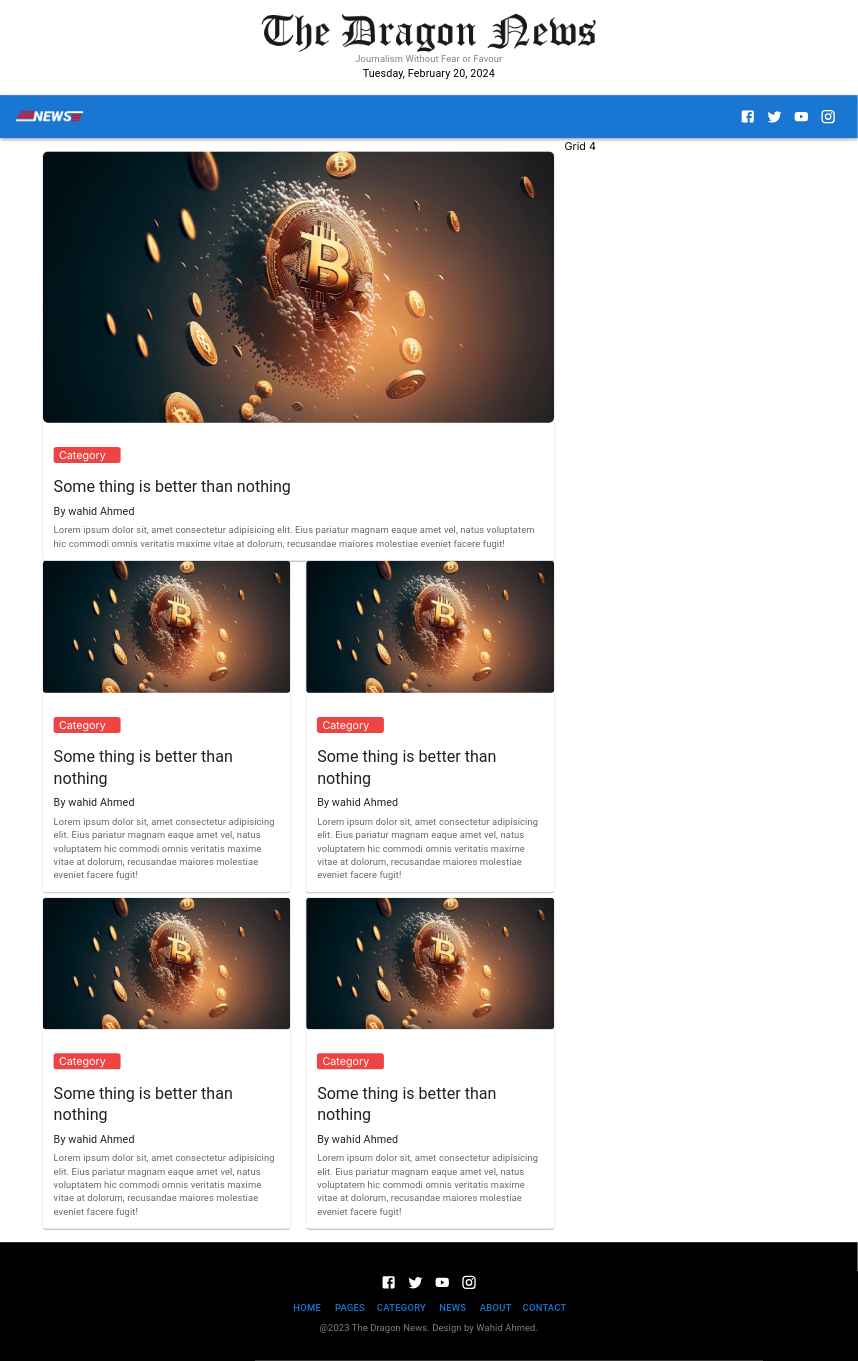
Repository: Wahid137/daily-news-nextjs
Page: /
The author's editor kept a copy of each file at every save. The page is drawn from the files as they stood at one save, then again after the next save.
The browser window is 1280 px wide. The pictures show the whole page, at 67% of full size.
The project was rebuilt for these pictures with package versions that can differ from the ones it lists, and the page was loaded fresh each time. The framework's server and built-in components were replaced by stand-ins that run in the browser. Also part of the build but not shown: next.config.mjs.

Above is the page before, as saved 2024-02-22 23:22:35.

### src/app/layout.js
import Footer from "@/components/shared/Footer";
import Navbar from "@/components/shared/Navbar";
import { Container } from "@mui/material";
import { Inter } from "next/font/google";
import "./globals.css";

const inter = Inter({ subsets: ["latin"] });

export const metadata = {
  title: "Create Next App",
  description: "Generated by create next app",
};

export default function RootLayout({ children }) {
  return (
    <html lang="en">
      <body className={inter.className}>
        <Navbar />
        <Container className="min-h-screen">
          {children}
        </Container>
        <Footer />
      </body>
    </html>
  );
}

### src/app/page.js
import LatestNews from "@/components/ui/LatestNews/LatestNews";
import { Grid } from "@mui/material";

export default function Home() {
  return (
    <Grid container spacing={2}>
      <Grid item xs={8}>
        <LatestNews />
      </Grid>
      <Grid item xs={4}>
        <h1>Grid 4</h1>
      </Grid>
    </Grid>
  );
}

### src/components/shared/Footer.js
import {
    Box,
    Button,
    Container,
    IconButton,
    Typography
} from "@mui/material";
// icons
import { Facebook, Instagram, Twitter, YouTube } from "@mui/icons-material";
import Link from "next/link";
const Footer = () => {
    const navItems = [
        {
            route: "Home",
            pathname: "/",
        },
        {
            route: "Pages",
            pathname: "/pages",
        },
        {
            route: "Category",
            pathname: "/category",
        },
        {
            route: "News",
            pathname: "/news",
        },
        {
            route: "About",
            pathname: "/about",
        },
        {
            route: "Contact",
            pathname: "/contact",
        },
    ];
    return (
        <Box className="bg-black px-2 py-10">
            <Container>
                <Box
                    className="w-full text-center"
                    sx={{
                        "& svg": {
                            color: "white",
                        },
                    }}
                >
                    <IconButton>
                        <Facebook />
                    </IconButton>
                    <IconButton>
                        <Twitter />
                    </IconButton>
                    <IconButton>
                        <YouTube />
                    </IconButton>
                    <IconButton>
                        <Instagram />
                    </IconButton>
                </Box>
                <Box className="w-full text-center">
                    {navItems.map((item) => (
                        <Link key={item} href={item.pathname}>
                            <Button className="text-white">{item.route}</Button>
                        </Link>
                    ))}
                </Box>

                <Typography variant="body2" color="gray" textAlign="center">
                    @2023 The Dragon News. Design by Wahid Ahmed.
                </Typography>
            </Container>
        </Box>
    );
};

export default Footer;

### src/components/shared/Navbar.js
"use client"

import logo from "@/assets/logo.png";
import { Facebook, Instagram, Twitter, YouTube } from "@mui/icons-material";
import { IconButton, Stack } from "@mui/material";
import AppBar from '@mui/material/AppBar';
import Box from '@mui/material/Box';
import Button from '@mui/material/Button';
import Container from '@mui/material/Container';
import Toolbar from '@mui/material/Toolbar';
import Image from 'next/image';
import Header from "./Header";

const navItems = [
    {
        route: "Home",
        pathname: "/",
    },
    {
        route: "Pages",
        pathname: "/pages",
    },
    {
        route: "Category",
        pathname: "/categories/news?category=all-news",
    },
    {
        route: "News",
        pathname: "/news",
    },
    {
        route: "About",
        pathname: "/about",
    },
    {
        route: "Contact",
        pathname: "/contact",
    },
];



function Navbar() {


    return (
        <>
            <Header />
            <AppBar position="static" className="bg-black">
                <Container maxWidth="xl">
                    <Toolbar disableGutters>

                        <Image src={logo} width={100} height={100} alt='logo' />

                        <Box className="w-full text-center">
                            {navItems.map((item) => (
                                <Button
                                    key={item}
                                    className="text-white r"
                                >
                                    {item.route}
                                </Button>
                            ))}
                        </Box>

                        <Box>
                            <Stack
                                direction="row"
                                sx={{
                                    "& svg": {
                                        color: "white",
                                    },
                                }}
                            >
                                <IconButton>
                                    <Facebook />
                                </IconButton>
                                <IconButton>
                                    <Twitter />
                                </IconButton>
                                <IconButton>
                                    <YouTube />
                                </IconButton>
                                <IconButton>
                                    <Instagram />
                                </IconButton>
                            </Stack>
                        </Box>

                    </Toolbar>
                </Container>
            </AppBar>
        </>
    );
}
export default Navbar;

### src/components/ui/LatestNews/LatestNews.js
"use client"
import topNews from "@/assets/top-news.png";
import { Box, CardActionArea, CardContent, Grid, Typography } from '@mui/material';
import Card from '@mui/material/Card';
import CardMedia from '@mui/material/CardMedia';
import Image from 'next/image';

export default function LatestNews() {
    return (
        <Box className="my-5">
            <Card >
                <CardActionArea>
                    <CardMedia>
                        <Image
                            src={topNews}
                            width={800}
                            height={500}
                            alt="top news"
                        />                </CardMedia>

                    <CardContent>
                        <p
                            className="
                      w-[100px]
                      bg-red-500
                      px-2
                      text-white
                      my-5
                      rounded
                      "
                        >
                            Category
                        </p>
                        <Typography gutterBottom variant="h5" component="div">
                            Some thing is better than nothing
                        </Typography>
                        <Typography gutterBottom className="my-3">
                            By wahid Ahmed
                        </Typography>
                        <Typography variant="body2" color="text.secondary">
                            Lorem ipsum dolor sit, amet consectetur adipisicing elit. Eius pariatur magnam eaque amet vel, natus voluptatem hic commodi omnis veritatis maxime vitae at dolorum, recusandae maiores molestiae eveniet facere fugit!
                        </Typography>
                    </CardContent>
                </CardActionArea>
            </Card >

            <Grid container rowSpacing={1} columnSpacing={{ xs: 1, sm: 2, md: 3 }}>
                <Grid item xs={6}>
                    <Card >
                        <CardActionArea>
                            <CardMedia>
                                <Image
                                    src={topNews}
                                    width={800}
                                    height={500}
                                    alt="top news"
                                />                </CardMedia>

                            <CardContent>
                                <p
                                    className="
                      w-[100px]
                      bg-red-500
                      px-2
                      text-white
                      my-5
                      rounded
                      "
                                >
                                    Category
                                </p>
                                <Typography gutterBottom variant="h5" component="div">
                                    Some thing is better than nothing
                                </Typography>
                                <Typography gutterBottom className="my-3">
                                    By wahid Ahmed
                                </Typography>
                                <Typography variant="body2" color="text.secondary">
                                    Lorem ipsum dolor sit, amet consectetur adipisicing elit. Eius pariatur magnam eaque amet vel, natus voluptatem hic commodi omnis veritatis maxime vitae at dolorum, recusandae maiores molestiae eveniet facere fugit!
                                </Typography>
                            </CardContent>
                        </CardActionArea>
                    </Card >
                </Grid>
                <Grid item xs={6}>
                    <Card >
                        <CardActionArea>
                            <CardMedia>
                                <Image
                                    src={topNews}
                                    width={800}
                                    height={500}
                                    alt="top news"
                                />                </CardMedia>

                            <CardContent>
                                <p
                                    className="
                      w-[100px]
                      bg-red-500
                      px-2
                      text-white
                      my-5
                      rounded
                      "
                                >
                                    Category
                                </p>
                                <Typography gutterBottom variant="h5" component="div">
                                    Some thing is better than nothing
                                </Typography>
                                <Typography gutterBottom className="my-3">
                                    By wahid Ahmed
                                </Typography>
                                <Typography variant="body2" color="text.secondary">
                                    Lorem ipsum dolor sit, amet consectetur adipisicing elit. Eius pariatur magnam eaque amet vel, natus voluptatem hic commodi omnis veritatis maxime vitae at dolorum, recusandae maiores molestiae eveniet facere fugit!
                                </Typography>
                            </CardContent>
                        </CardActionArea>
                    </Card >
                </Grid>
                <Grid item xs={6}>
                    <Card >
                        <CardActionArea>
                            <CardMedia>
                                <Image
                                    src={topNews}
                                    width={800}
                                    height={500}
                                    alt="top news"
                                />
                            </CardMedia>

                            <CardContent>
                                <p
                                    className="
                      w-[100px]
                      bg-red-500
                      px-2
                      text-white
                      my-5
                      rounded
                      "
                                >
                                    Category
                                </p>
                                <Typography gutterBottom variant="h5" component="div">
                                    Some thing is better than nothing
                                </Typography>
                                <Typography gutterBottom className="my-3">
                                    By wahid Ahmed
                                </Typography>
                                <Typography variant="body2" color="text.secondary">
                                    Lorem ipsum dolor sit, amet consectetur adipisicing elit. Eius pariatur magnam eaque amet vel, natus voluptatem hic commodi omnis veritatis maxime vitae at dolorum, recusandae maiores molestiae eveniet facere fugit!
                                </Typography>
                            </CardContent>
                        </CardActionArea>
                    </Card >
                </Grid>
                <Grid item xs={6}>
                    <Card >
                        <CardActionArea>
                            <CardMedia>
                                <Image
                                    src={topNews}
                                    width={800}
                                    height={500}
                                    alt="top news"
                                />                </CardMedia>

                            <CardContent>
                                <p
                                    className="
                      w-[100px]
                      bg-red-500
                      px-2
                      text-white
                      my-5
                      rounded
                      "
                                >
                                    Category
                                </p>
                                <Typography gutterBottom variant="h5" component="div">
                                    Some thing is better than nothing
                                </Typography>
                                <Typography gutterBottom className="my-3">
                                    By wahid Ahmed
                                </Typography>
                                <Typography variant="body2" color="text.secondary">
                                    Lorem ipsum dolor sit, amet consectetur adipisicing elit. Eius pariatur magnam eaque amet vel, natus voluptatem hic commodi omnis veritatis maxime vitae at dolorum, recusandae maiores molestiae eveniet facere fugit!
                                </Typography>
                            </CardContent>
                        </CardActionArea>
                    </Card >
                </Grid>
            </Grid>
        </Box>
    );
}

### src/components/shared/Header.js
import headingImage from "@/assets/The Dragon News.png";
import { getCurrentDate } from "@/utils/getCurrentData";
import { Box, Container, Typography } from "@mui/material";
import Image from "next/image";
const Header = () => {
    const currentDate = getCurrentDate();
    return (
        <Box className="w-full my-5">
            <Container>
                <Image
                    src={headingImage}
                    width={500}
                    height={500}
                    alt="logo"
                    className=" mx-auto"
                />
                <Typography
                    variant="body2"
                    color="gray"
                    textAlign="center"
                    className="my-2"
                >
                    Journalism Without Fear or Favour
                </Typography>
                <Typography textAlign="center">{currentDate}</Typography>
            </Container>
        </Box>
    );
};

export default Header;

### src/utils/getCurrentData.js
export function getCurrentDate() {
    const currentDate = new Date();

    const days = [
        "Sunday",
        "Monday",
        "Tuesday",
        "Wednesday",
        "Thursday",
        "Friday",
        "Saturday",
    ];
    const months = [
        "January",
        "February",
        "March",
        "April",
        "May",
        "June",
        "July",
        "August",
        "September",
        "October",
        "November",
        "December",
    ];

    const day = days[currentDate.getDay()];
    const month = months[currentDate.getMonth()];
    const date = currentDate.getDate();
    const year = currentDate.getFullYear();

    return `${day}, ${month} ${date}, ${year}`;
}

// Call the function to display the current date
// getCurrentDate();

Loaded but not shown: src/app/globals.css (common file); tailwind.config.js (common file)

After the next save:
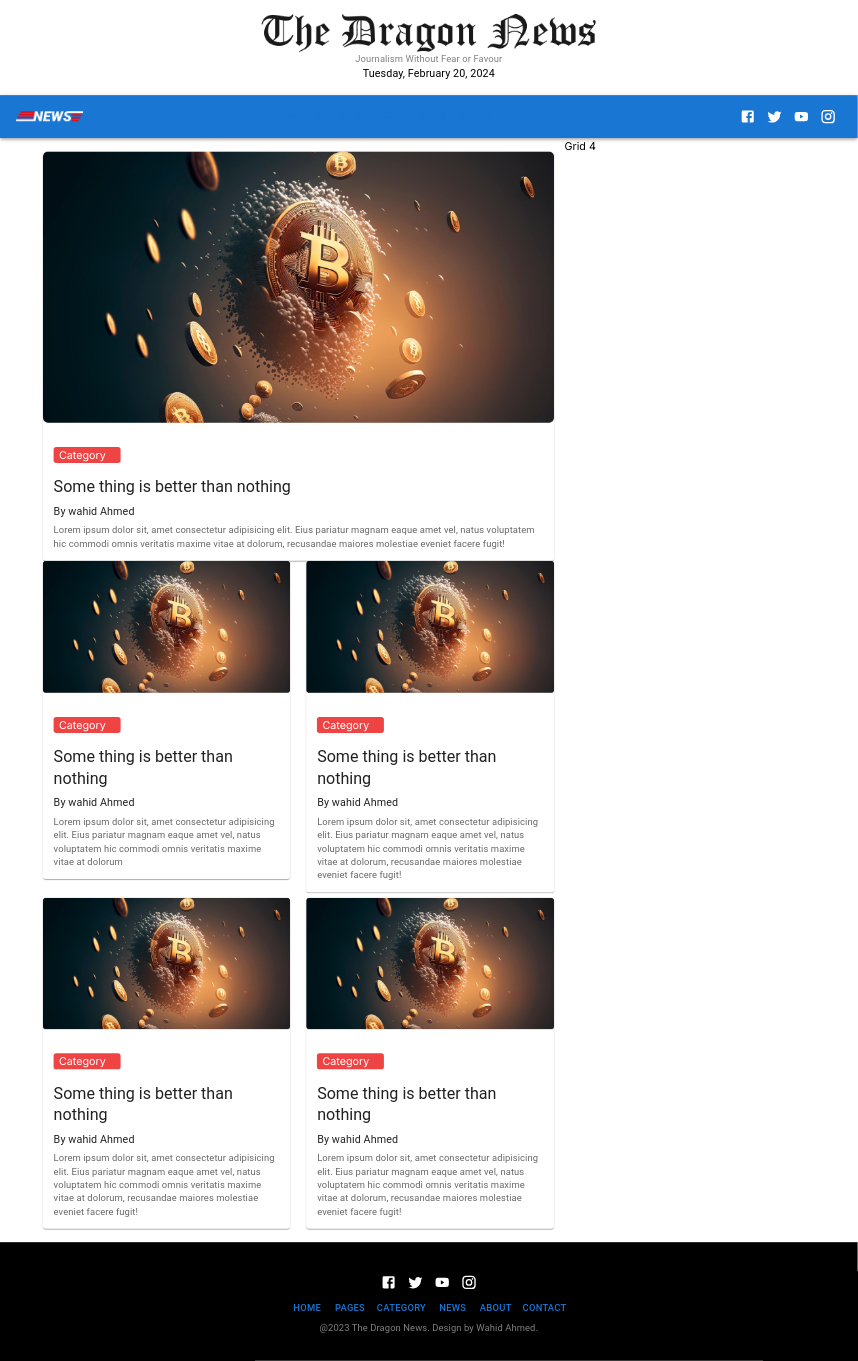
Saved 4 min 54 s later.
--- a/src/components/ui/LatestNews/LatestNews.js
+++ b/src/components/ui/LatestNews/LatestNews.js
@@ -76,7 +76,7 @@ export default function LatestNews() {
                                     By wahid Ahmed
                                 </Typography>
                                 <Typography variant="body2" color="text.secondary">
-                                    Lorem ipsum dolor sit, amet consectetur adipisicing elit. Eius pariatur magnam eaque amet vel, natus voluptatem hic commodi omnis veritatis maxime vitae at dolorum, recusandae maiores molestiae eveniet facere fugit!
+                                    Lorem ipsum dolor sit, amet consectetur adipisicing elit. Eius pariatur magnam eaque amet vel, natus voluptatem hic commodi omnis veritatis maxime vitae at dolorum
                                 </Typography>
                             </CardContent>
                         </CardActionArea>
